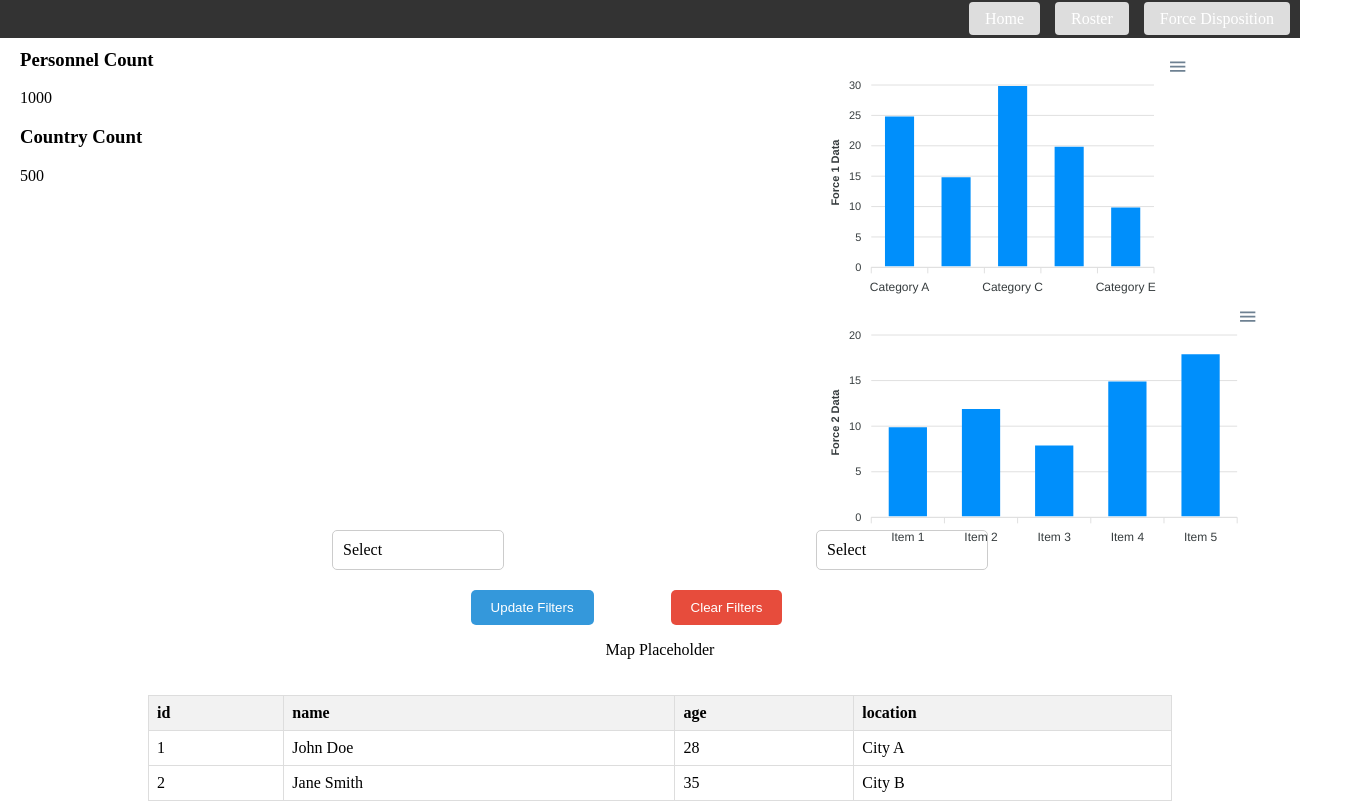
Repository: mjquesada/j2x_react
Page: /force
These files come from the project's save history. The page is drawn as it stood at one moment and after the next save; the edit follows.
The browser window is 1280 px wide. The page is 1360 px wide, then 1350 px, so the pictures cover 1360 px, including what lies to the right of the window. The pictures show the whole page.
The project was rebuilt for these pictures with package versions that can differ from the ones it lists, and the page was loaded fresh each time. Also part of the build but not shown: src/components/Box.js, src/components/Tile.js, src/components/Home.jsx, src/components/Roster.jsx.

Above is the page before, as saved 2024-03-12 13:16:52.

After the next save:
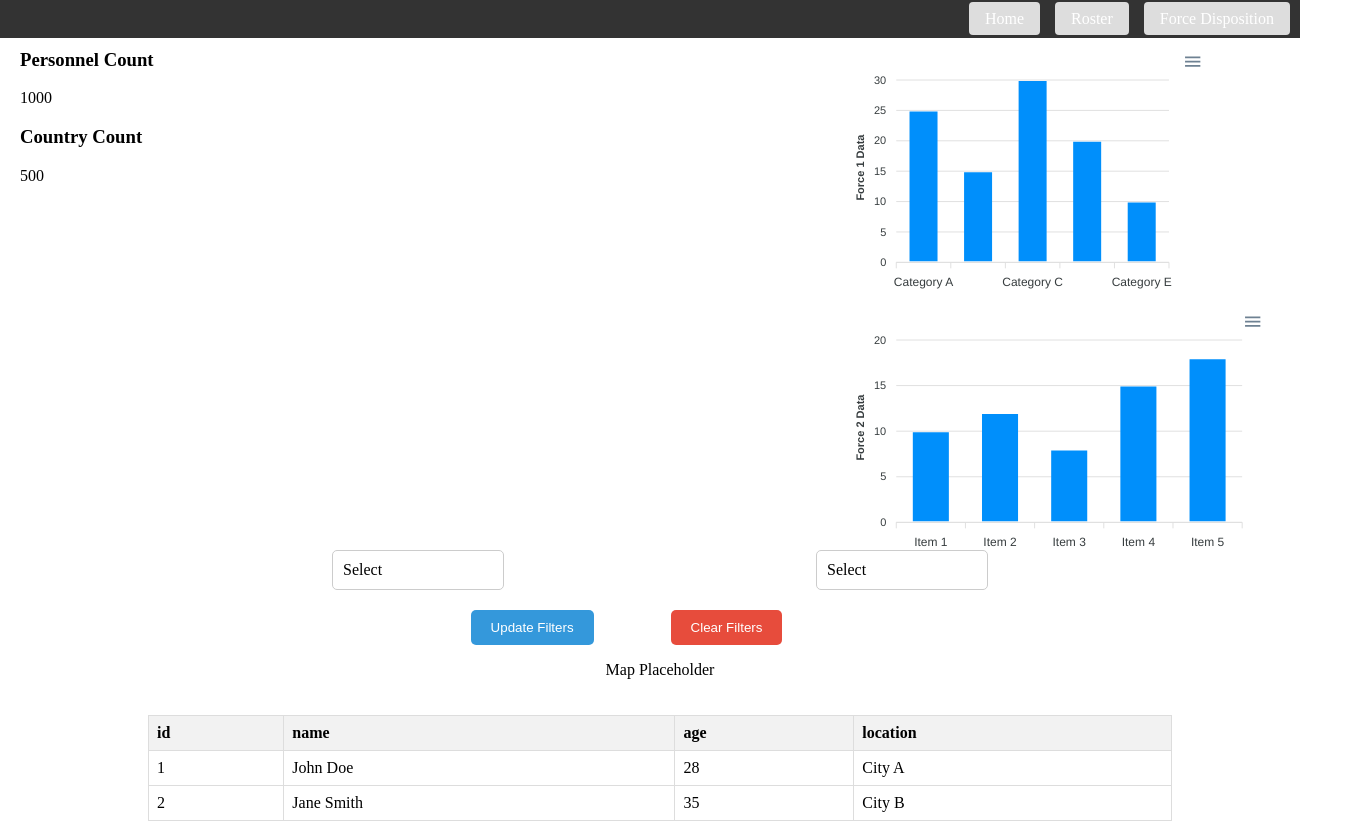
Saved 98 s later.
--- a/src/index.css
+++ b/src/index.css
@@ -143,7 +143,7 @@ body {
 
 .bar-chart {
   width: 100%; /* Ensure the chart takes up the full width */
-  padding: 25px;
+  padding: 20px 20px 40px 20px;
   /* Additional styling */
 }
 
